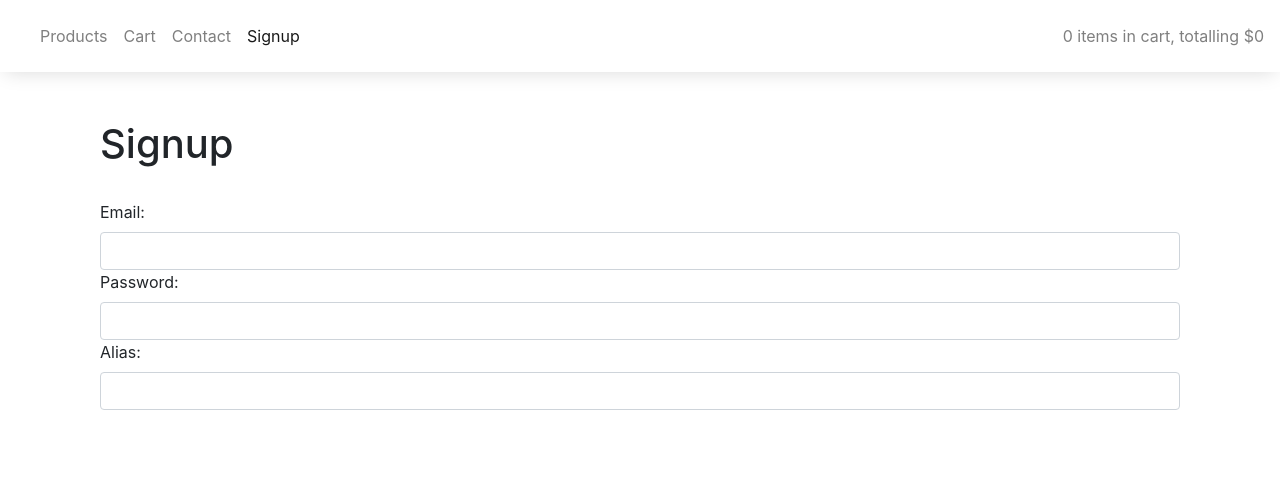
Repository: dayrim/wavecraft
Page: /signup
An editor plug-in stored every save of this project. The page is shown before and after the next save, followed by the edit.
The browser window is 1280 px wide. The pictures show the whole page.
The project was rebuilt for these pictures with package versions that can differ from the ones it lists, and the page was loaded fresh each time. Also part of the build but not shown: vue.config.js.

Above is the page before, as saved 2019-04-22 16:00:54.

### public/index.html
<!DOCTYPE html>
<html lang="en">
  <head>
    <meta charset="utf-8">
    <meta http-equiv="X-UA-Compatible" content="IE=edge">
    <meta name="viewport" content="width=device-width,initial-scale=1.0">
    <link rel="icon" href="<%= BASE_URL %>favicon.ico">
    <title>wavecraft-reset</title>
  </head>
  <body>
    <noscript>
      <strong>We're sorry but wavecraft-reset doesn't work properly without JavaScript enabled. Please enable it to continue.</strong>
    </noscript>
    <div id="app"></div>
    <!-- built files will be auto injected -->


  </body>
</html>

### src/main.js
import Vue from "vue";
import App from "./App.vue";
import router from "./router";
import store from "./store";
import BootstrapVue from "bootstrap-vue";

Vue.config.productionTip = false;
Vue.use(BootstrapVue);
Vue.filter("currency", function(value) {
  let formatter = new Intl.NumberFormat("en-US", {
    style: "currency",
    currency: "USD",
    minimumFractionDigits: 0,
  });

  return formatter.format(value);
});

new Vue({
  router,
  store,
  render: h => h(App),
}).$mount("#app");

### src/App.vue
<template>
  <div id="app" :class="{ ready: isPageReady }">
    <b-navbar class="mainNavbar" sticky toggleable="lg" variant="light">
      <b-navbar-brand to="/"></b-navbar-brand>

      <b-navbar-toggle target="nav-collapse"></b-navbar-toggle>

      <b-collapse id="nav-collapse" is-nav>
        <b-navbar-nav>
          <b-nav-item exact active-class="active" to="/">Products</b-nav-item>
          <b-nav-item exact active-class="active" to="/cart">Cart</b-nav-item>
          <b-nav-item exact active-class="active" to="/contact">Contact</b-nav-item>
          <b-nav-item exact active-class="active" to="/signup">Signup</b-nav-item>
        </b-navbar-nav>

        <!-- Right aligned nav items -->
        <b-navbar-nav class="ml-auto">
          <b-nav-text>
            <div class="navbar-text">
              {{ cart.items.length }}
              <span v-if="cart.items.length == 1">item</span><span v-else>items</span> in cart,
              totalling {{ cartTotal | currency }}
            </div></b-nav-text
          >
        </b-navbar-nav>
      </b-collapse>
    </b-navbar>
    <transition name="route" mode="out-in">
      <router-view name="discount"> </router-view>
    </transition>
    <b-container>
      <b-row>
        <b-col>
          <br /><br />
          <transition name="route" mode="out-in">
            <router-view></router-view>
          </transition>
        </b-col>
      </b-row>
    </b-container>
  </div>
</template>

<script>
export default {
  data() {
    return {
      isPageReady: false,
    };
  },
  computed: {
    cart() {
      return this.$store.state.cart;
    },
    cartTotal() {
      return this.$store.getters["cart/cartTotal"];
    },
  },
  mounted: function() {
    this.$nextTick(function() {
      setTimeout(() => {
        this.isPageReady = true;
      }, 0);
    });
  },
};
</script>

<style lang="scss">
.mainNavbar {
  box-shadow: 0px 5px 20px -5px rgba(0, 0, 0, 0.15);
}
.flex {
  display: flex;
}
.flex.flex-column {
  flex-direction: column;
}
.flex.flex-row {
  flex-direction: row;
}
.flex.justify-center {
  justify-content: center;
}
.flex.justify-left {
  justify-content: flex-start;
}
.flex.justify-right {
  justify-content: flex-end;
}
.flex.align-center {
  align-items: center;
}
.flex.align-left {
  align-items: flex-start;
}
.flex.align-right {
  align-items: flex-end;
}
/* Navigation */
.navbar .stats {
  margin-top: 15px;
}
ul {
  list-style: none;
}
.btn {
  margin-right: 20px;
}
input[type="radio"] + label,
input[type="checkbox"] + label {
  font-weight: normal;
}

#app {
  opacity: 0;
  transition: opacity 1s ease;
}

#app.ready {
  opacity: 1;
}

.route-enter-active,
.route-leave-active {
  transition: opacity 0.15s ease;
}

.route-enter,
.route-leave-to {
  opacity: 0;
}
</style>

### src/router/index.js
import Vue from "vue";
import Router from "vue-router";
import routes from "./routes";
Vue.use(Router);

export default new Router({
  mode: "history",
  base: process.env.BASE_URL,
  routes,
});

### src/store/index.js
import Vue from "vue";
import Vuex from "vuex";
import cart from "./modules/cart";

Vue.use(Vuex);

export default new Vuex.Store({
  /**
   * Assign the modules to the store.
   */
  modules: {
    cart,
  },
});

### src/assets/common.scss
@import "node_modules/bootstrap/scss/functions";
@import "node_modules/bootstrap/scss/variables";

$primary-color: #2984ec;
$secondary-color: #601cb9;
$tertiary-color: #222d30;
$default-color: #e9e9e9;
$light-color: #ffffff;
$accent-color: #f0081b;
$warning-color: #f09308;



$red: #dc3545;
$yellow: #ffc107;
$green: #006600; // This is the only variable I wanted to change
$cyan: #17a2b8;

$theme-colors: (
  primary: $primary-color,
  secondary: $tertiary-color,
  success: $secondary-color,
  info: $primary-color,
  warning: $warning-color,
  danger: $accent-color,
  light: $light-color,
  dark: $tertiary-color
);

@import 'node_modules/bootstrap/scss/bootstrap';
@import 'node_modules/bootstrap-vue/src/index.scss';

### src/router/routes.js
const routes = [
  {
    path: "",
    components: {
      default: () => import(/* webpackChunkName: "ProductList" */ "@/components/ProductList.vue"),
      discount: () =>
        import(/* webpackChunkName: "SpecialOffer" */ "@/components/SpecialOffer.vue"),
    },
  },
  {
    path: "/cart",
    component: () => import(/* webpackChunkName: "Cart" */ "@/components/Cart.vue"),
    alias: "/shopping-cart",
  },
  {
    path: "/signup",
    component: () => import(/* webpackChunkName: "Singup" */ "@/components/Signup.vue"),
    alias: "/sign-up",
  },
  {
    path: "/product/:productId",
    props: true,
    name: "Product",
    component: () => import(/* webpackChunkName: "Product" */ "@/components/Product.vue"),
    children: [
      {
        path: "details",
        name: "ViewProduct",
        props: true,
        component: () =>
          import(/* webpackChunkName: "ViewProduct" */ "@/components/ViewProduct.vue"),
      },
      {
        path: "reviews",
        name: "ProductReviews",
        props: true,
        component: () =>
          import(/* webpackChunkName: "ProductReviews" */ "@/components/ProductReviews.vue"),
      },
    ],
  },

  {
    path: "/contact",
    component: () => import(/* webpackChunkName: "Contact" */ "@/components/Contact.vue"),
  },
  {
    path: "/*",
    component: () => import(/* webpackChunkName: "PageNotFound" */ "@/components/PageNotFound.vue"),
  },
];

export default routes;

### src/store/modules/cart/index.js
import actions from "./actions";
import getters from "./getters";
import mutations from "./mutations";
import state from "./state";

export default {
  namespaced: true,
  actions,
  getters,
  mutations,
  state,
};

### src/components/Signup.vue
<template>
  <b-container fluid>
    <h1>Signup</h1>
    <br />
    <label for="email">Email:</label>
    <b-form-input id="email" type="text"></b-form-input>
    <label for="password">Password:</label>
    <b-form-input id="password" type="text"></b-form-input>
    <label for="alias">Alias:</label>
    <b-form-input id="alias" type="text"></b-form-input>
  </b-container>
</template>

<script>
export default {
  data() {
    return {};
  },
};
</script>

<style lang="scss"></style>

### src/store/modules/cart/actions.js
import * as Mutate from "./mutation-types";

export const addProductToCart = ({ commit, getters }, payload) => {
  let cartItem = getters.getCartItem(payload.product);
  payload.cartItem = cartItem;

  if (cartItem == null) {
    payload.cartItem = getters.getCartItem(payload.product);
    commit(Mutate.ADD_PRODUCT_TO_CART, payload);
  } else {
    commit(Mutate.INCREASE_PRODUCT_QUANTITY, payload);
  }
};

export const checkout = ({ commit }) => {
  commit(Mutate.CHECKOUT);
};

export default {
  addProductToCart,
  checkout,
};

### src/store/modules/cart/getters.js
export default {
  cartTotal: state => {
    let total = 0;

    state.items.forEach(function(item) {
      total += item.product.price * item.quantity;
    });
    return total;
  },
  getCartItem: state => product => {
    for (let i = 0; i < state.items.length; i++) {
      if (state.items[i].product.id === product.id) {
        return state.items[i];
      }
    }
    return null;
  },
  taxAmount: (state, getters) => percentage => (getters.cartTotal * percentage) / 100,
};

### src/store/modules/cart/mutations.js
import { CHECKOUT, ADD_PRODUCT_TO_CART, INCREASE_PRODUCT_QUANTITY } from "./mutation-types";

export default {
  [CHECKOUT](state) {
    state.items.forEach(function(item) {
      item.product.inStock += item.quantity;
    });

    state.items = [];
  },
  [ADD_PRODUCT_TO_CART]: (state, payload) => {
    state.items.push({
      product: payload.product,
      quantity: payload.quantity,
    });

    payload.product.inStock -= payload.quantity;
  },
  [INCREASE_PRODUCT_QUANTITY]: (state, payload) => {
    payload.cartItem.quantity += payload.quantity;
    payload.product.inStock -= payload.quantity;
  },
};

### src/store/modules/cart/state.js
export default {
  items: [],
};

### src/store/modules/cart/mutation-types.js
export const ADD_PRODUCT_TO_CART = "addProductToCart";
export const CHECKOUT = "checkout";
export const INCREASE_PRODUCT_QUANTITY = "increaseQuantity";

export default {
  ADD_PRODUCT_TO_CART,
  CHECKOUT,
  INCREASE_PRODUCT_QUANTITY,
};

After the next save:
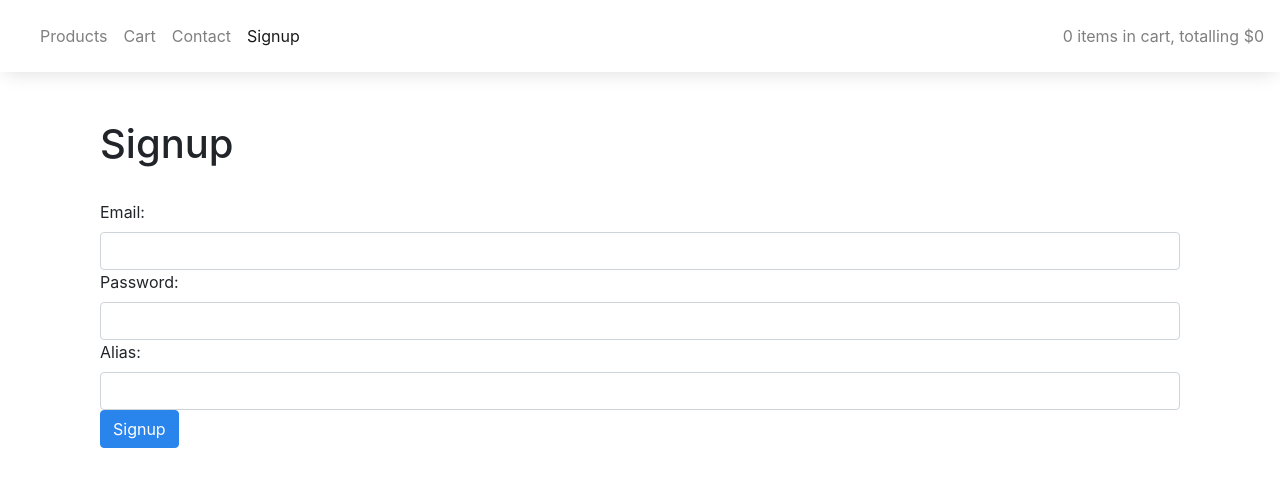
Saved 49 s later.
--- a/src/components/Signup.vue
+++ b/src/components/Signup.vue
@@ -8,6 +8,8 @@
     <b-form-input id="password" type="text"></b-form-input>
     <label for="alias">Alias:</label>
     <b-form-input id="alias" type="text"></b-form-input>
+
+    <b-button variant="primary">Signup</b-button>
   </b-container>
 </template>
 
